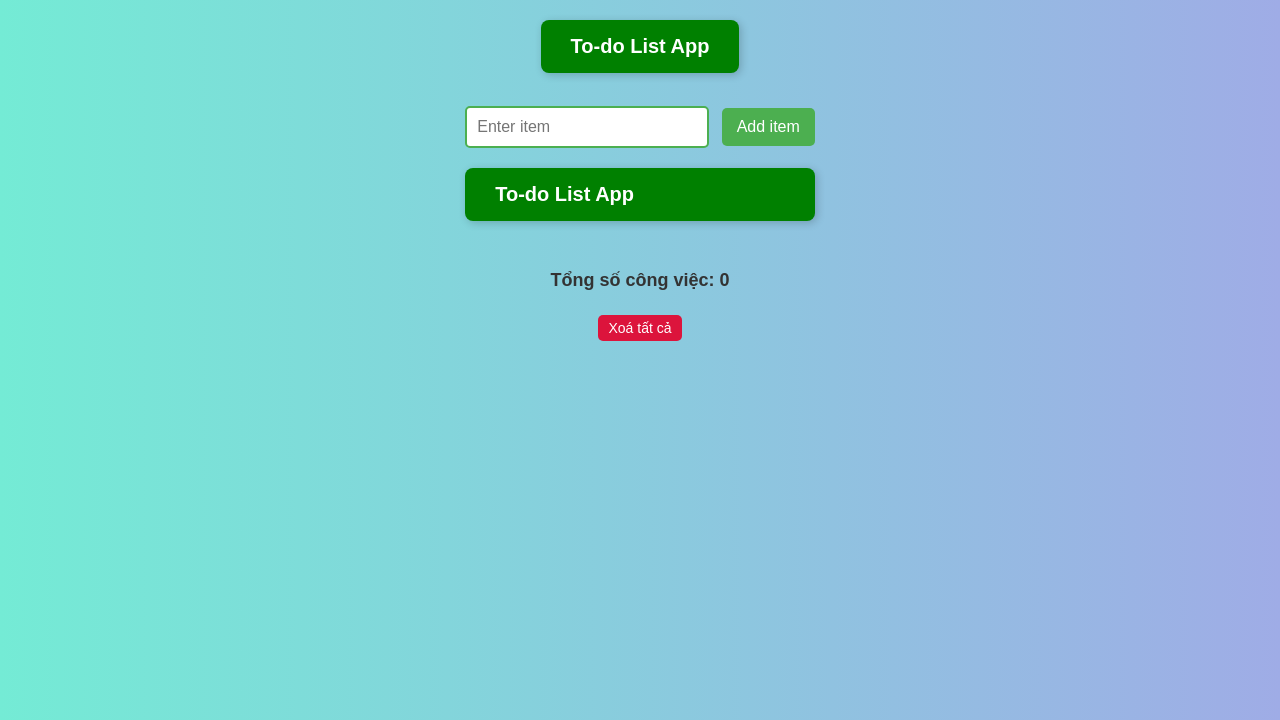
Repository: binhphanbp/WEB2064_JavaScript-Advanced_WD20305
Page: lesson4/lesson4.html
These files come from the project's save history. The page is drawn as it stood at one moment and after the next save; the edit follows.
The browser window is 1280 px wide. The pictures show the whole page.

Above is the page before, as saved 2025-09-24 12:31:51.

After the next save:
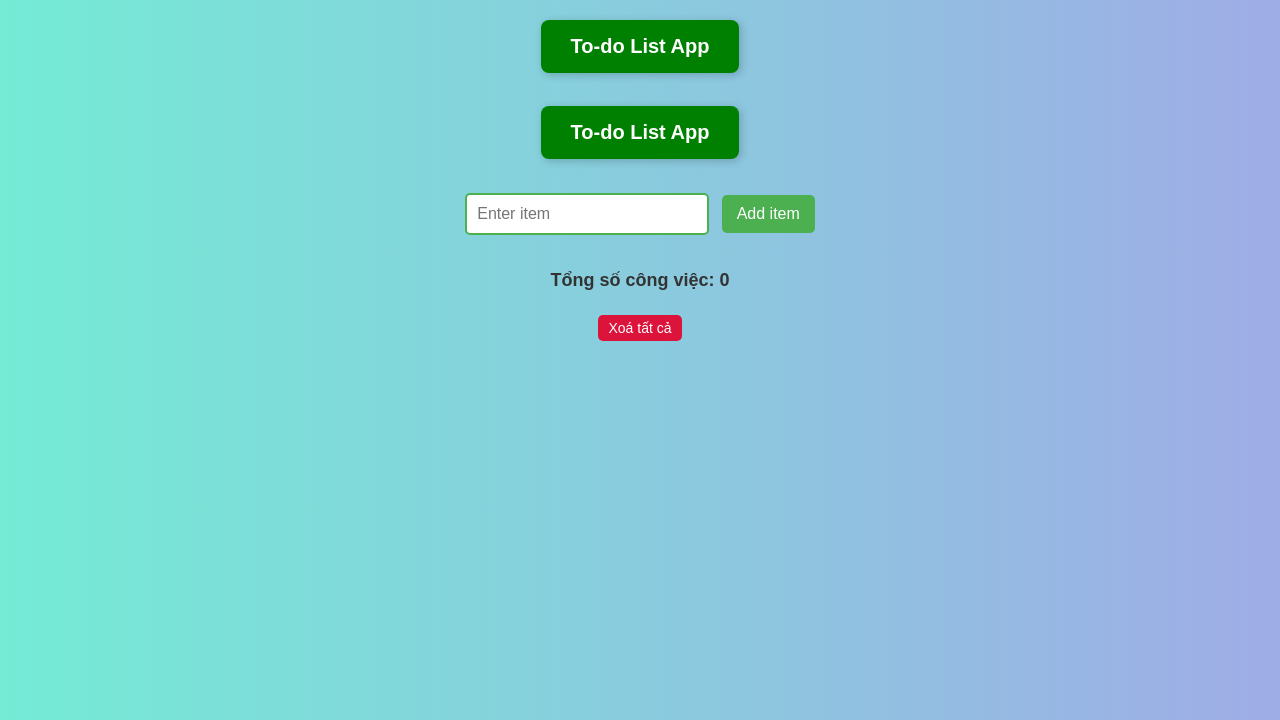
Saved 22 s later.
--- a/lesson4/lesson4.html
+++ b/lesson4/lesson4.html
@@ -201,7 +201,7 @@
 
       // 8. Sao chép phần tử
       const cloneH1Tag = h1Tag.cloneNode(true);
-      divTodo.appendChild(cloneH1Tag);
+      document.body.prepend(cloneH1Tag);
     </script>
   </body>
 </html>
